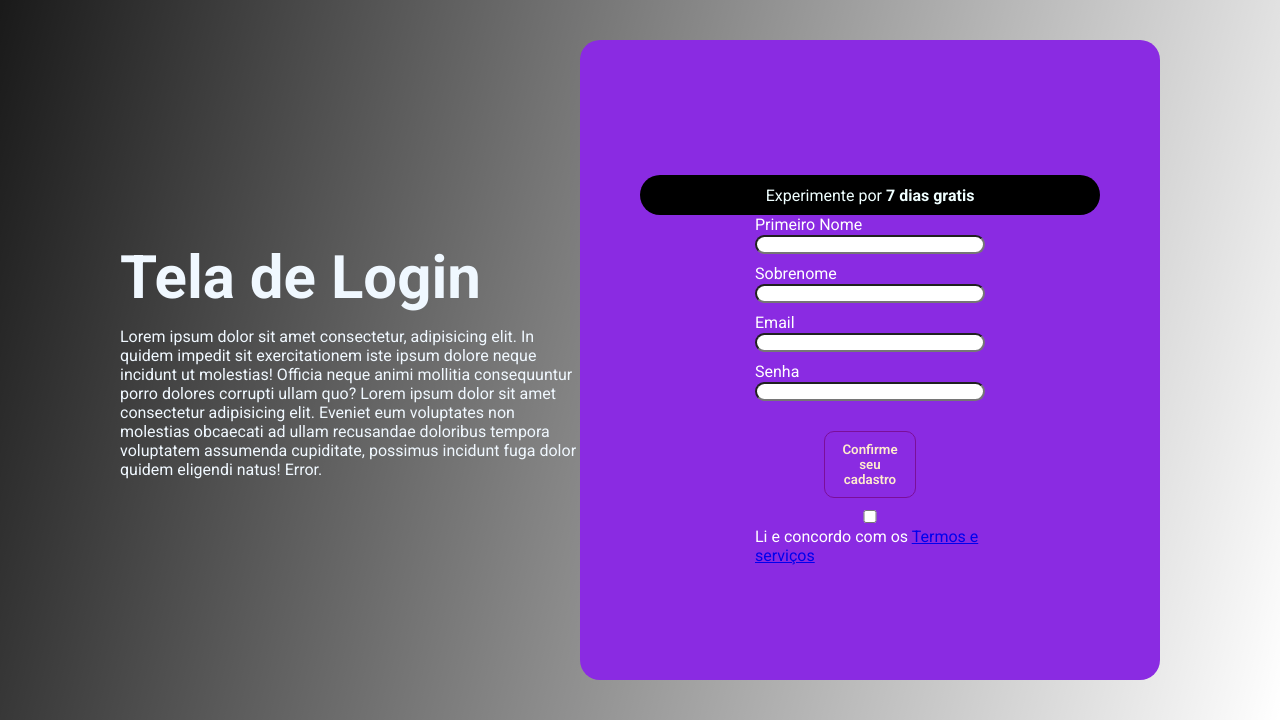
Repository: gimoli/tela-login
Page: index.html
The author's editor kept a copy of each file at every save. The page is drawn from the files as they stood at one save, then again after the next save.
The browser window is 1280 px wide. The pictures show the whole page.

Above is the page before, as saved 2025-04-16 22:16:53.

### index.html
<!DOCTYPE html>
<html lang="pt-br">
<head>
    <meta charset="UTF-8">
    <meta name="viewport" content="width=device-width, initial-scale=1.0">
    <title>Document</title>
    <link rel="stylesheet" href="style.css">
    <link rel="preconnect" href="https://fonts.googleapis.com">
<link rel="preconnect" href="https://fonts.gstatic.com" crossorigin>
<link href="https://fonts.googleapis.com/css2?family=Roboto:ital,wght@0,100..900;1,100..900&display=swap" rel="stylesheet">
</head>
<body>
    <main>
            <div class="container-left">
                <h1>Tela de Login</h1>
                <p>Lorem ipsum dolor sit amet consectetur, adipisicing elit. In quidem impedit sit exercitationem iste ipsum dolore neque incidunt ut molestias!
                     Officia neque animi mollitia consequuntur porro dolores corrupti ullam quo? Lorem ipsum dolor sit amet consectetur adipisicing elit.
                     Eveniet eum voluptates non molestias obcaecati ad ullam recusandae doloribus tempora voluptatem assumenda cupiditate,
                      possimus incidunt fuga dolor quidem eligendi natus! Error.</p>
            </div>

            <div class="container-right">
               <a href="a" class="teste-gratis">
                  <p>Experimente por <b>7 dias gratis</b></p>
                  </a>

                  <div class="forms">
                    <form>
                        <div>
                            <label for="name">
                                <p>Primeiro Nome</p>
                                <input id="name" type="text" />
                            </label>
                        </div>

                        <div>
                            <label for="lastname">
                                <p>Sobrenome</p>
                                <input id="lastname" type="text" />
                            </label>
                        </div>

                        <div>
                            <label>
                                <p>Email</p>
                                <input id="email" type="email" />
                            </label>
                        </div>

                        <div>
                            <label>
                                <p>Senha</p>
                                <input id="password" type="password" />
                            </label>
                        </div>

                        <button type="submit">
                            <p>Confirme seu cadastro</p>
                        </button>

                        <div>
                            <input type="checkbox">
                            <p> Li e concordo com os <a href="a"> Termos e serviços</a> </p>
                        </div>

                    </form>
                </div>
            </div>
    </main>
</body>
</html>

### style.css
* {
    margin: 0;
    padding: 0;
    box-sizing: border-box;
    font-family: "Roboto", sans-serif;
}

main {
    display: flex;
    background-image: url("assets/um-fundo-roxo-e-azul-com-um-fundo-roxo.avif") no-repeat center center;
    background-size: cover;
    position: relative;
    height: 100vh;
    z-index: 0;
    padding: 40px 120px;

    &::after{
        content: "";
        background: linear-gradient(105deg, black 0%, rgba(0, 0, 0, 0) 100%);
        position: absolute;
        top: 0;
        left: 0;
        opacity: 0.9;
        width: 100%;
        height: 100%;
        z-index: -1;
    }
}

.container-left {
    color: aliceblue;
    display: flex;
    justify-content: center;
    flex-direction: column;
    gap: 14px;
}

.container-left h1{
    cursor: pointer;
    font-size: 60px;

    &:houver::after{
        content: "";
        position: absolute;
        bottom: 380px;
        left: 120px;
        background-color: aquamarine;
        height: 3px;
        width: 400px;
        animation-name: left-to-right;
        animation-duration: 600ms;
        animation-iteration-count: 1;
    }
}

.container-right {
   display: flex;
   background-color: blueviolet;
   flex-direction: column;
   justify-content: center;
   align-items: center;
   padding: 0 60px;
   border-radius: 20px;
   color: rgb(255, 255, 255);
}

.teste-gratis {
    display: flex;
    justify-content:center;
    align-items: center;
   width: 460px;
   height: 40px;
    background-color: rgb(0, 0, 0);
    text-decoration: none;
    color: azure;
    border-radius: 20px;
    margin-top: 20px;

    &:hover{
     transform: scale(1.1);
    }
}

.teste-gratis p{
    text-align: center;
}

.forms {
    width: 50%;
}

.forms form{
    display: flex;
    flex-direction: column;
    gap: 10px;
}

.forms_info {
    text-align: center;
}

.forms input{
    border-radius: 20px;
    width: 100%;
}

.forms button{
    cursor: pointer;
    margin-top: 20px;
    border-radius: 10px;
    padding: 10px 15px;
    background-color: blueviolet;
    color: blanchedalmond;
    width: 40%;
    align-self: center;
    border: 0.5px solid rgb(123, 15, 153);
    font-weight: 600;

    &:active {
        transform: scale(0.9);
        background-color: rgb(67, 8, 66);
    }

}

.terms {
    display: flex;
    justify-content: center;
    gap: 5px;
}

After the next save:
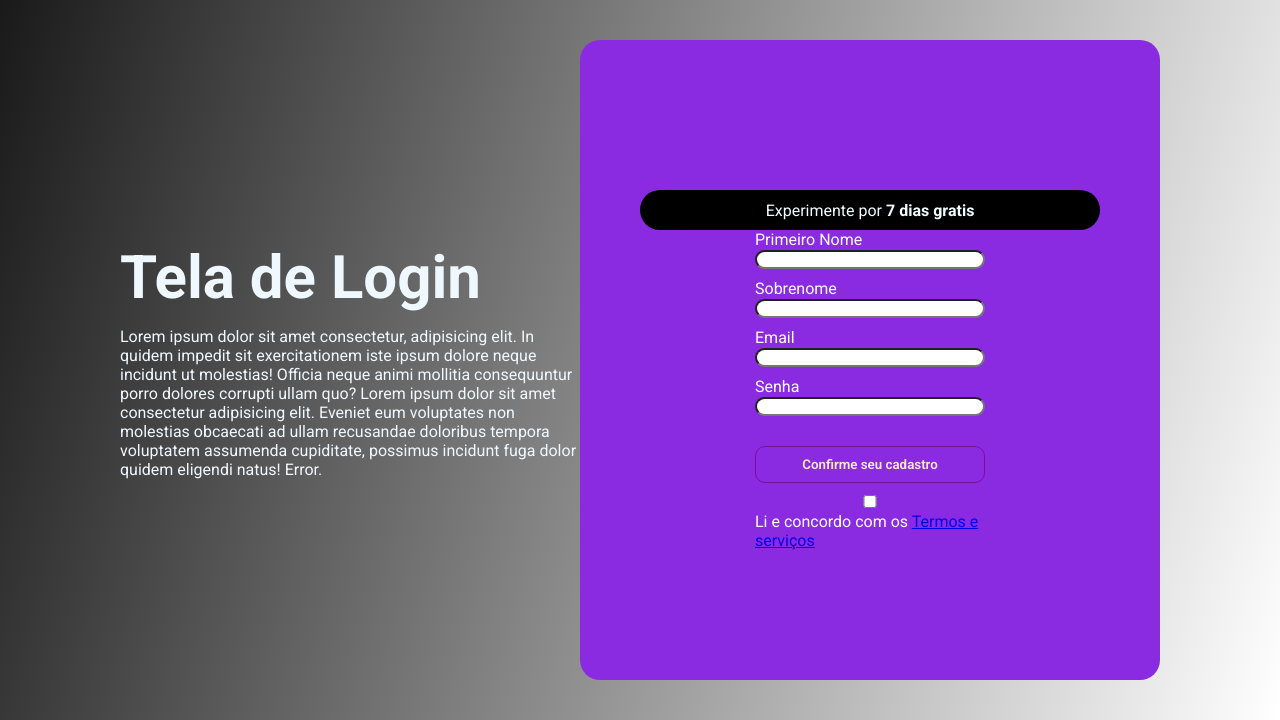
Saved 35 s later.
--- a/style.css
+++ b/style.css
@@ -111,8 +111,6 @@ main {
     padding: 10px 15px;
     background-color: blueviolet;
     color: blanchedalmond;
-    width: 40%;
-    align-self: center;
     border: 0.5px solid rgb(123, 15, 153);
     font-weight: 600;
 
